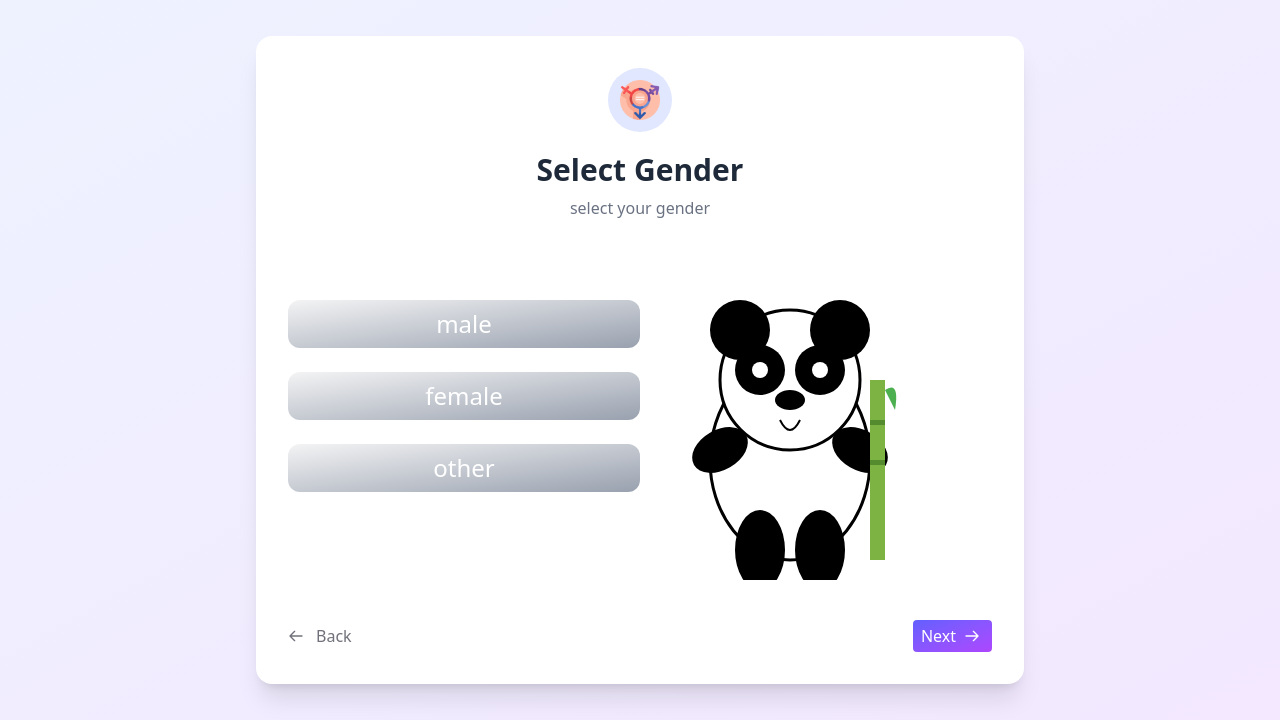
Repository: aryan151pratap/FitPanda
Page: / (app in frontened/), after clicking the first element matching `button.px-2`
These files come from the project's save history. The page is drawn as it stood at one moment and after the next save; the edit follows.
The browser window is 1280 px wide. The pictures show the whole page.
The project was rebuilt for these pictures with package versions that can differ from the ones it lists, and the page was loaded fresh each time. Also part of the build but not shown: frontened/vite.config.js, frontened/src/App.css, frontened/src/components/page_1.jsx, frontened/src/login/login.jsx, frontened/src/login/sign_up.jsx, frontened/src/login/otp.jsx, frontened/src/notification/notify.jsx.

Above is the page before, as saved 2025-06-04 23:23:32.

### frontened/src/App.jsx
import { useState } from 'react'
import './App.css'
import Page_1 from './components/page_1';
import Sign_up from './login/sign_up';
import Otp from './login/otp';
import Notify from './notification/notify';
import Gender from './about_user/gender';

function App() {
	const [otp, setOtp] = useState(true);

  const [data, setData] = useState({});
  const [login, setLogin] = useState(true);

  const [notification, setNotification] = useState('');


  return (
    <>
    <div className=''>
      {!login ?
        <div>
        {otp ?
        <Sign_up setOtp={setOtp} setEmail={setData} setNotification={setNotification}/>
        :
        <Otp setOtp={setOtp} data={data} setNotification={setNotification}/>
        }
        </div>
        :
        <div>
          {/* <Page_1/> */}
          <Gender/>
        </div>
      }

      <div>
        {notification.length > 0 &&
          <Notify notification={notification} setNotification={setNotification}/>
        }
      </div>
    </div>
    </>
  )
}

export default App

### frontened/src/about_user/gender.jsx
import { useState } from "react";
import gender_img from '../image/gender.png';

function Gender(){
	const [gender, setGender] = useState('');
	const gen = ['male', 'female', 'other'];

	return(
		<>
		<div className="min-h-screen bg-gradient-to-br from-indigo-50 to-purple-100 flex items-center justify-center p-4">
			<div className="w-full sm:max-w-xl md:max-w-3xl">
				<div className="bg-white rounded-2xl shadow-xl overflow-hidden p-8">
					<div className="text-center mb-15">
						<div className="mx-auto flex items-center justify-center w-16 h-16 bg-indigo-100 rounded-full mb-5">
						{gender === "male" ?
							<svg xmlns="http://www.w3.org/2000/svg" className="h-8 w-8 text-blue-600" fill="none" viewBox="0 0 24 24" stroke="currentColor">
								<path strokeLinecap="round" strokeLinejoin="round" strokeWidth={2} d="M13 7h4a1 1 0 011 1v4m-7 7a5 5 0 100-10 5 5 0 000 10zm6-10l-5 5" />
							</svg>
							: gender === 'female' ?
							<svg xmlns="http://www.w3.org/2000/svg" className="h-8 w-8 text-pink-600" fill="none" viewBox="0 0 24 24" stroke="currentColor">
								<path strokeLinecap="round" strokeLinejoin="round" strokeWidth={2} d="M12 14v7m0 0h3m-3 0H9m3-7a5 5 0 100-10 5 5 0 000 10z" />
							</svg>
							: gender === 'other' ?
							<svg xmlns="http://www.w3.org/2000/svg" className="h-8 w-8 text-purple-600" fill="none" viewBox="0 0 24 24" stroke="currentColor">
								<path strokeLinecap="round" strokeLinejoin="round" strokeWidth={2} d="M12 3v3m0 0a5 5 0 110 10m0-10a5 5 0 100 10m0 0v4m-3 0h6" />
							</svg>
							:
							<div>
								<img src={gender_img} alt="" className="h-10 w-10"/>
							</div>
						}
						</div>
						<h2 className="text-3xl font-bold text-gray-800">Select Gender</h2>
						<p className="text-gray-500 mt-2">
							select your gender
							<span className="block font-medium text-indigo-600"></span>
						</p>
					</div>

					<div className="flex grid grid-cols-2 justify-between">
						<div className="w-fill flex flex-col gap-6 mt-5">
						{gen.map((i, index) => (
							<div key={index}>
								<button className="w-full p-2 text-white text-2xl rounded-xl bg-gradient-to-br from-zinc-100 to-gray-400 cursor-pointer transition hover:px-4">
									{i}
								</button>
							</div>
						))}
						</div>
						<div className="h-full ">
							<svg width="300" height="300" viewBox="0 0 300 300" xmlns="http://www.w3.org/2000/svg">
						<ellipse cx="150" cy="180" rx="80" ry="100" fill="white" stroke="black" stroke-width="3"/>

						<circle cx="150" cy="100" r="70" fill="white" stroke="black" stroke-width="3"/>

						<circle cx="100" cy="50" r="30" fill="black"/>
						<circle cx="200" cy="50" r="30" fill="black"/>

						<circle cx="120" cy="90" r="25" fill="black"/>
						<circle cx="180" cy="90" r="25" fill="black"/>

						<circle cx="120" cy="90" r="8" fill="white"/>
						<circle cx="180" cy="90" r="8" fill="white"/>

						<ellipse cx="150" cy="120" rx="15" ry="10" fill="black"/>

						<path d="M140 140 Q150 160 160 140" stroke="black" stroke-width="2" fill="none"/>

						<ellipse cx="80" cy="170" rx="30" ry="20" fill="black" transform="rotate(-30 80 170)"/>
						<ellipse cx="220" cy="170" rx="30" ry="20" fill="black" transform="rotate(30 220 170)"/>

						<ellipse cx="120" cy="270" rx="25" ry="40" fill="black"/>
						<ellipse cx="180" cy="270" rx="25" ry="40" fill="black"/>

						<rect x="230" y="100" width="15" height="180" fill="#7CB342"/>
						<rect x="230" y="140" width="15" height="5" fill="#558B2F"/>
						<rect x="230" y="180" width="15" height="5" fill="#558B2F"/>
						<path d="M245 110 Q260 100 255 130" fill="#4CAF50"/>
						</svg>
						</div>
					</div>

					<div className="mt-10 flex justify-between">
						<button className="text-zinc-500 flex items-center gap-2 hover:text-zinc-700 cursor-pointer">
							<svg xmlns="http://www.w3.org/2000/svg" className="h-4 w-4 mr-1" fill="none" viewBox="0 0 24 24" stroke="currentColor">
							<path strokeLinecap="round" strokeLinejoin="round" strokeWidth={2} d="M10 19l-7-7m0 0l7-7m-7 7h18" />
							</svg>
							<span className="">Back</span>
						</button>
						<button className="text-white px-2 py-1 rounded-sm bg-gradient-to-br from-indigo-500 to-purple-500 flex gap-2 items-center">
							<span>Next</span>
							<svg xmlns="http://www.w3.org/2000/svg" className="h-4 w-4 mr-1" fill="none" viewBox="0 0 24 24" stroke="currentColor">
								<path strokeLinecap="round" strokeLinejoin="round" strokeWidth={2} d="M14 5l7 7m0 0l-7 7m7-7H3" />
							</svg>
						</button>
					</div>
				</div>
			</div>
		</div>

		</>
	)
}

export default Gender;

Loaded but not shown: frontened/index.html (common file); frontened/src/main.jsx (common file)

After the next save:
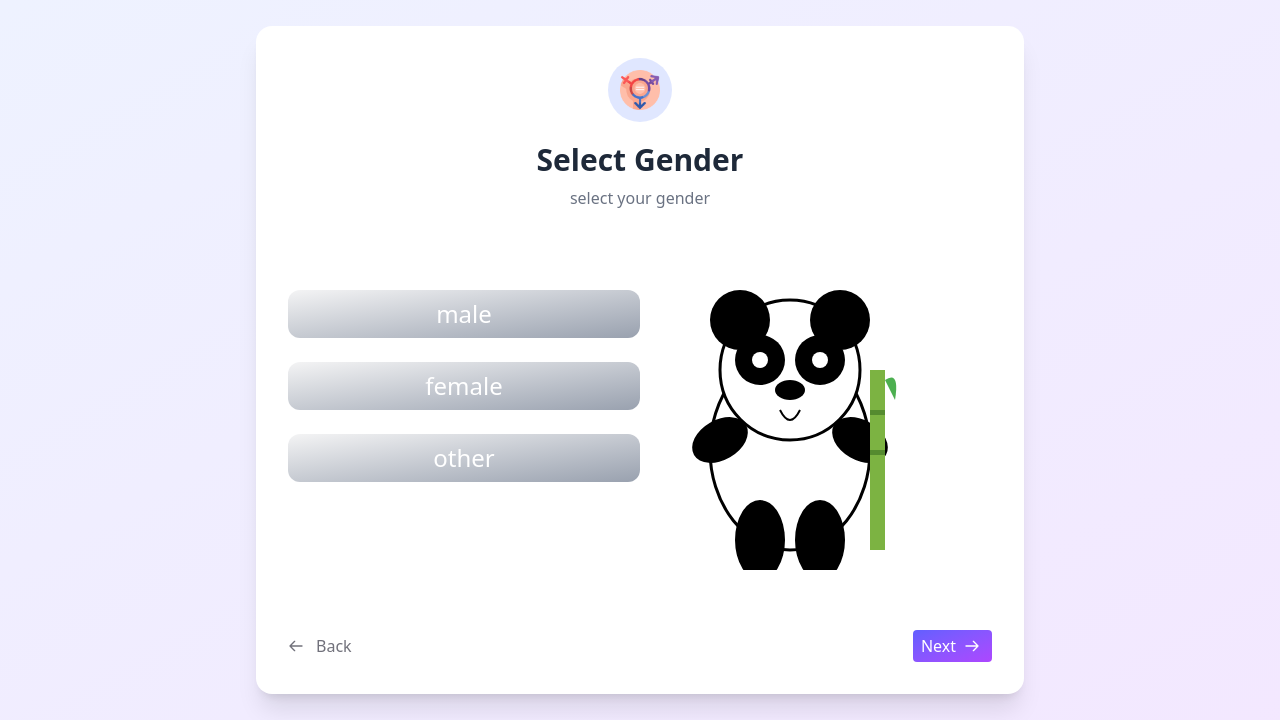
Saved 8 s later.
--- a/frontened/src/about_user/gender.jsx
+++ b/frontened/src/about_user/gender.jsx
@@ -47,7 +47,7 @@
 							</div>
 						))}
 						</div>
-						<div className="h-full ">
+						<div className="h-full mb-5">
 							<svg width="300" height="300" viewBox="0 0 300 300" xmlns="http://www.w3.org/2000/svg">
 						<ellipse cx="150" cy="180" rx="80" ry="100" fill="white" stroke="black" stroke-width="3"/>
 

After the save that followed:
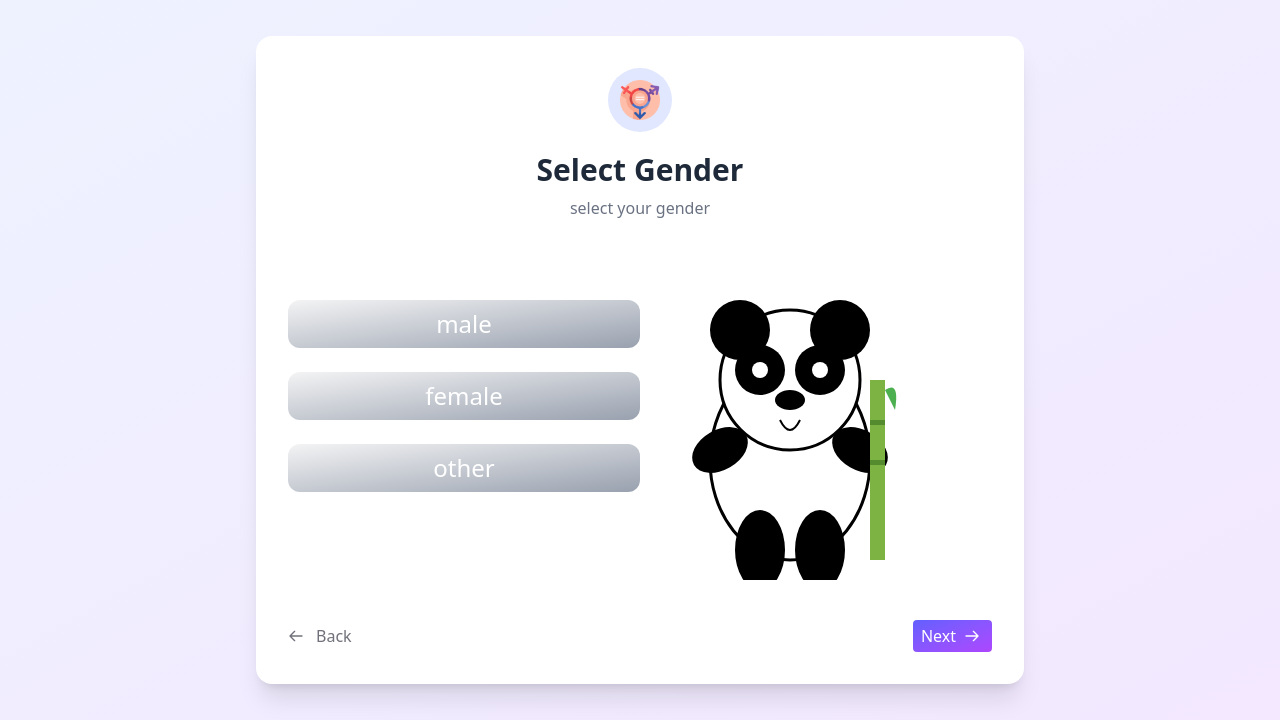
Saved 11 s later.
--- a/frontened/src/about_user/gender.jsx
+++ b/frontened/src/about_user/gender.jsx
@@ -47,7 +47,7 @@
 							</div>
 						))}
 						</div>
-						<div className="h-full mb-5">
+						<div className="h-full">
 							<svg width="300" height="300" viewBox="0 0 300 300" xmlns="http://www.w3.org/2000/svg">
 						<ellipse cx="150" cy="180" rx="80" ry="100" fill="white" stroke="black" stroke-width="3"/>
 
